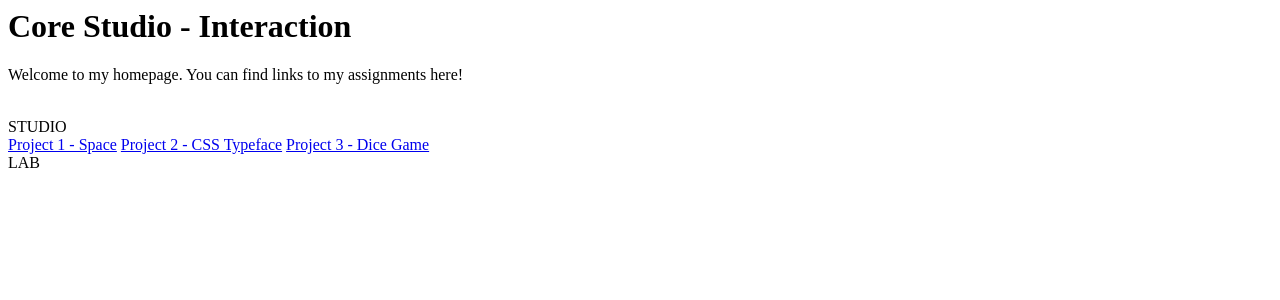
Repository: diasm568/diasm568.github.io
Page: index.html
The author's editor kept a record of every edit. The page is drawn from the files as they stood at one moment, then again after the next edit.
The browser window is 1280 px wide. The pictures show the whole page.

Above is the page before.

After the next edit:
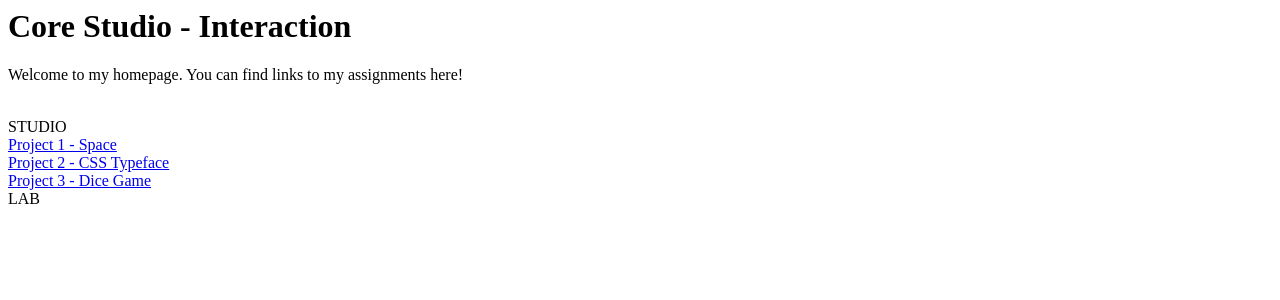
The edit:
--- a/index.html
+++ b/index.html
@@ -10,7 +10,9 @@
         STUDIO
         <br>
         <a href="studio/project1.html">Project 1 - Space</a>
-         <a href="studio/project2.html">Project 2 - CSS Typeface</a>
+        <br>
+        <a href="studio/project2.html">Project 2 - CSS Typeface</a>
+        <br>
           <a href="studio/project3.html">Project 3 - Dice Game</a>
         <br>
         LAB
